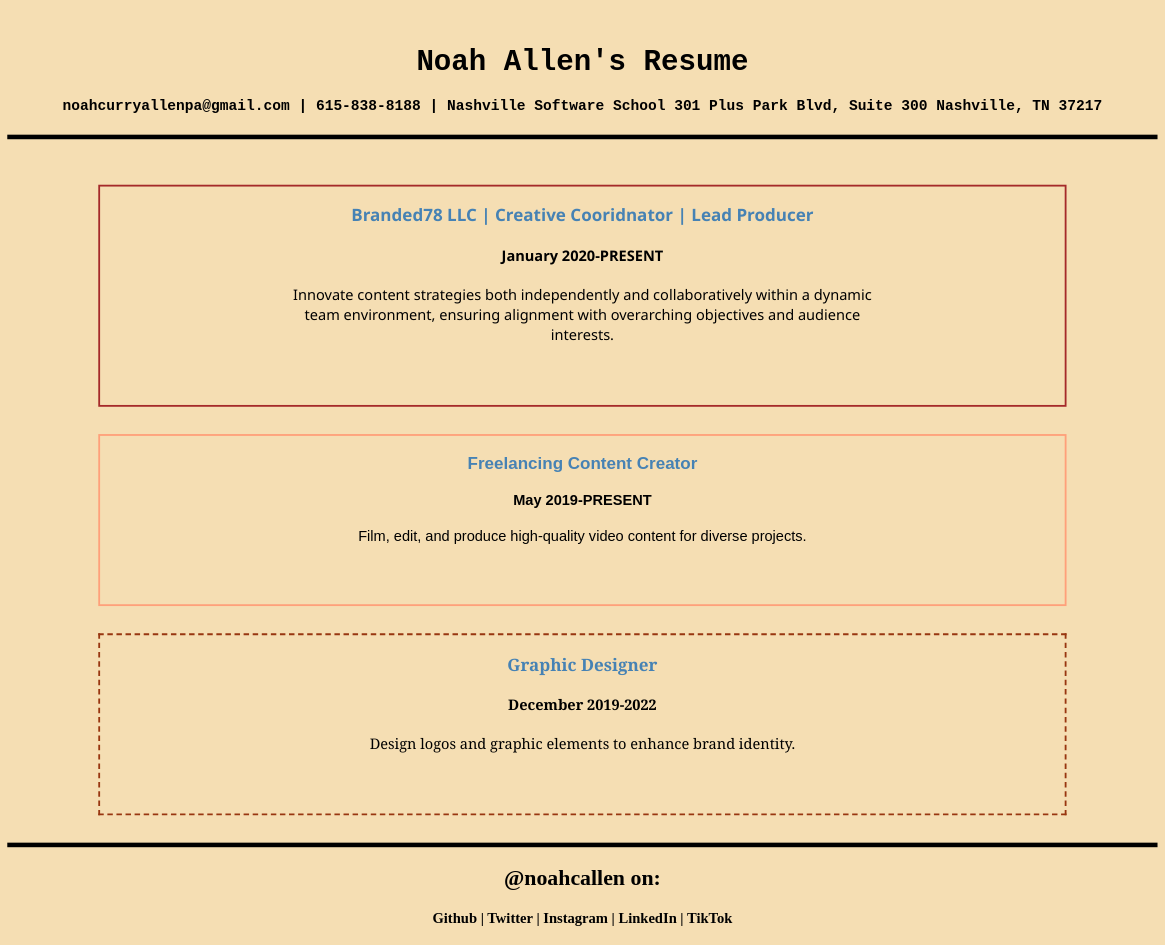
Repository: noahcallen/LAB-HTML-Resume
Page: index.html
These files come from the project's save history. The page is drawn as it stood at one moment and after the next save; the edit follows.
The browser window is 1280 px wide. The pictures show the whole page, at 91% of full size.

Above is the page before, as saved 2024-07-08 22:11:11.

After the next save:
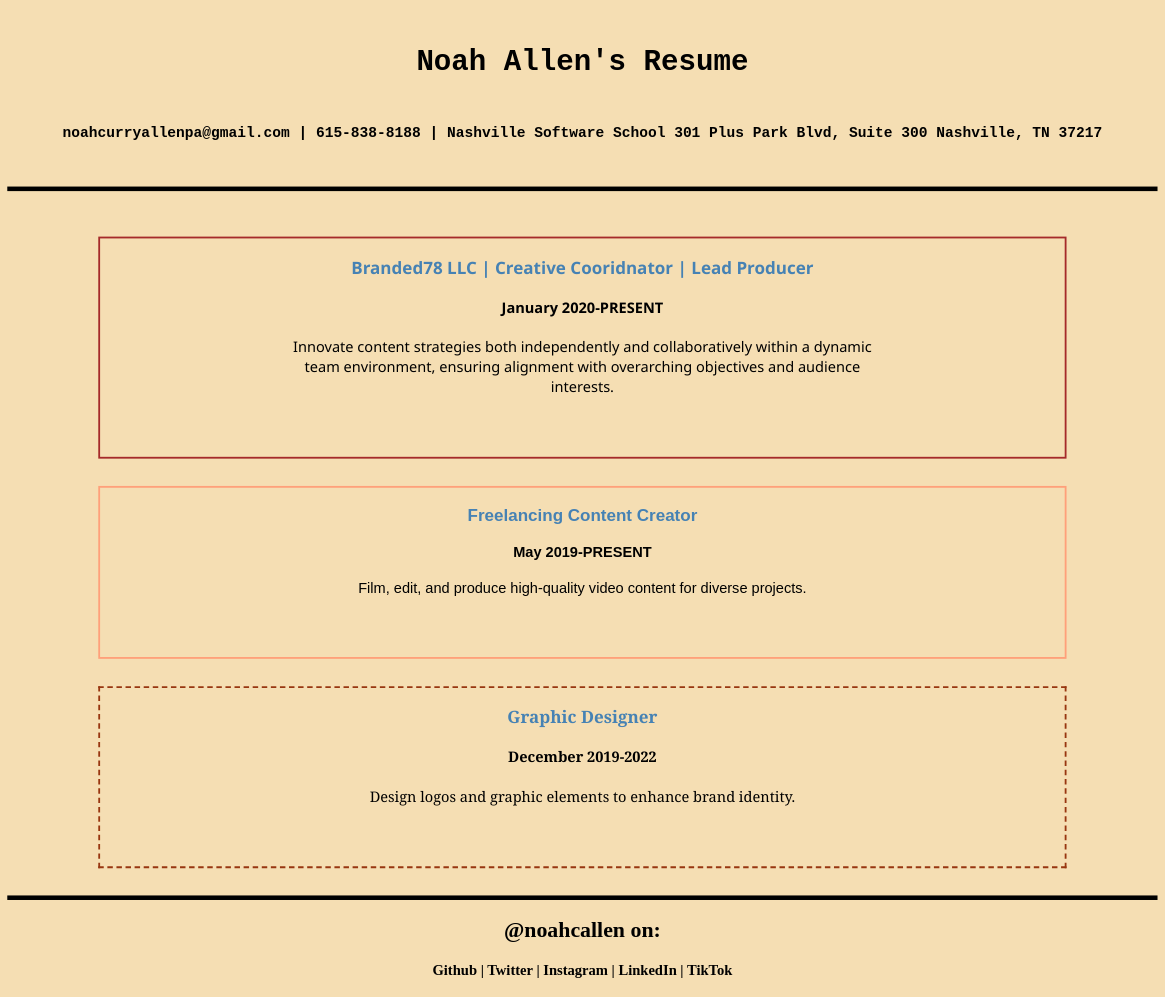
Saved 21 s later.
--- a/main.css
+++ b/main.css
@@ -1,6 +1,10 @@
 body {
   background-color: wheat;
   text-align: center;
+}
+
+#addy {
+  margin: 50px 0px 50px 0px;
 }
 
 h3 {
